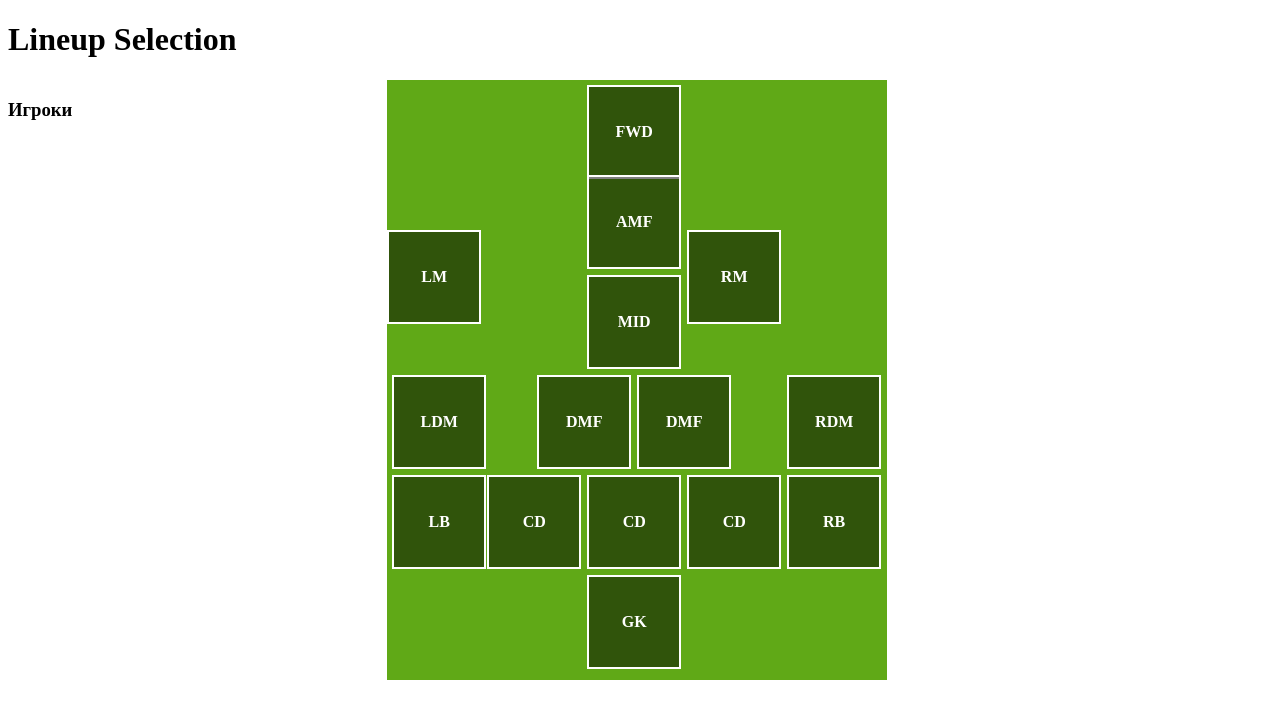
Repository: greatgreek73/soccergame
Page: http://localhost/lineup-selection/
These files come from the project's save history. The page is drawn as it stood at one moment and after the next save; the edit follows.
The browser window is 1280 px wide. The pictures show the whole page.
Some web libraries are served in a nearby version. The page is served by the project's application, run on Django 4.2 (manage.py). A made-up administrator, testuser (Test User, test@example.com), is signed in. Queries for data that is not in the repository find no rows.

Above is the page before, as saved 2024-04-19 20:53:41.

After the next save:
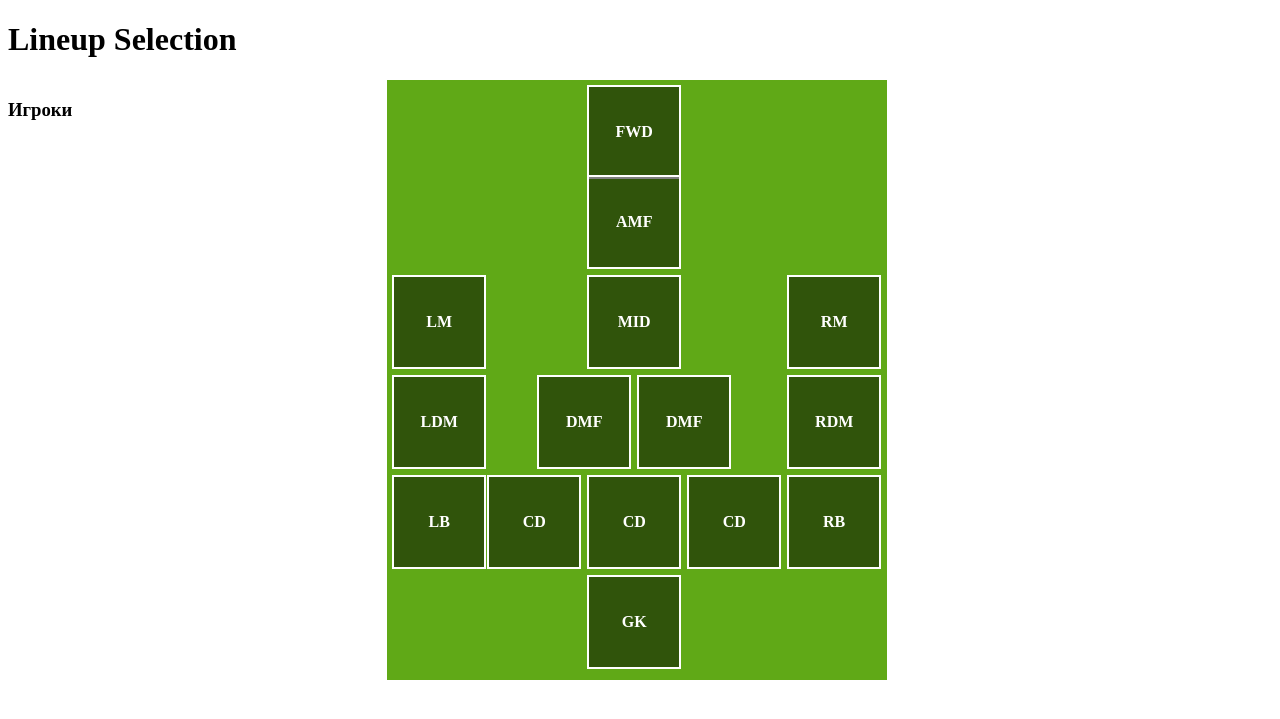
Saved 54 s later.
--- a/players/templates/lineup_selection.html
+++ b/players/templates/lineup_selection.html
@@ -186,8 +186,8 @@
             <div class="position" data-position="RDM" style="top: 295px; left: 400px;">RDM</div>
             <div class="position" data-position="LDM" style="top: 295px; left: 5px;">LDM</div>
             <div class="position" data-position="MID" style="top: 195px; left: 200px;">MID</div>
-            <div class="position" data-position="RM" style="top: 150px; left: 300px;">RM</div>
-            <div class="position" data-position="LM" style="top: 150px; left: 0px;">LM</div>
+            <div class="position" data-position="RM" style="top: 195px; left: 400px;">RM</div>
+            <div class="position" data-position="LM" style="top: 195px; left: 5px;">LM</div>
             <div class="position" data-position="FWD" style="top: 5px; left: 200px;">FWD</div>
             <div class="position" data-position="DMF" style="top: 295px; left: 250px;">DMF</div>
             <div class="position" data-position="DMF" style="top: 295px; left: 150px;">DMF</div>
